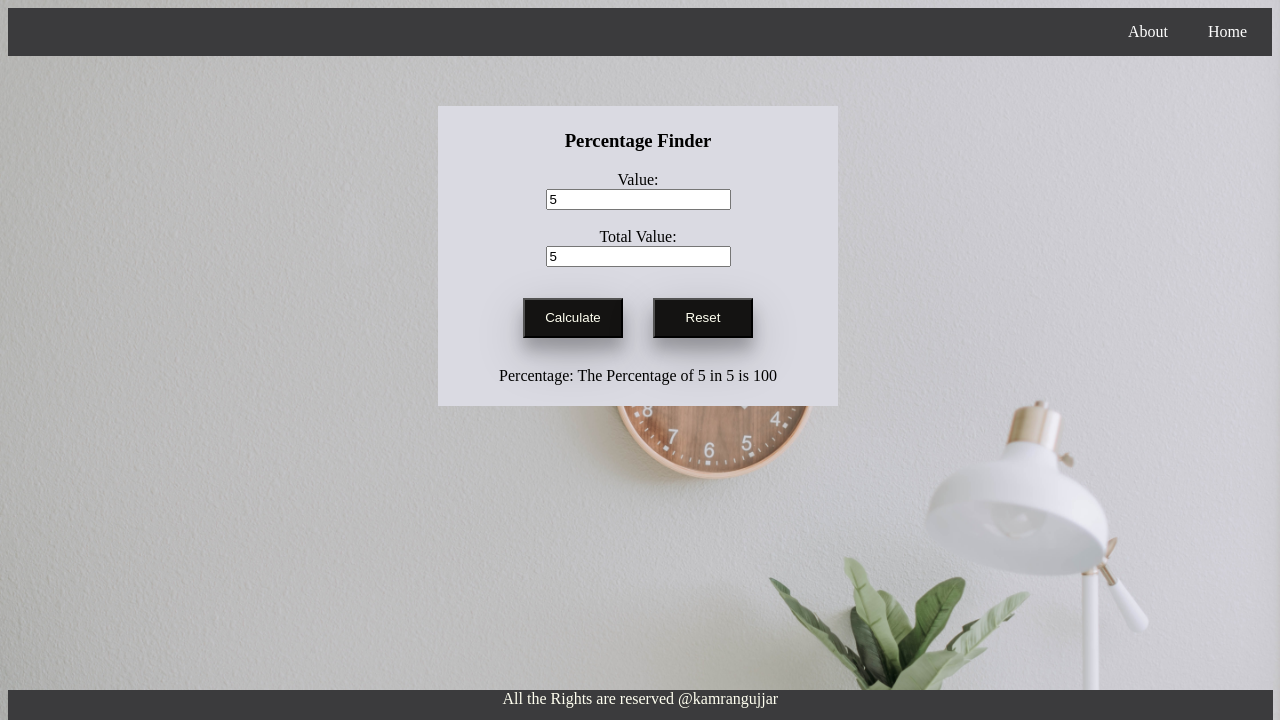
Repository: Kamrangujjar85112/Length-Converter
Page: html/percentage.html
These files come from the project's save history. The page is drawn as it stood at one moment and after the next save; the edit follows.
The browser window is 1280 px wide. The pictures show the whole page.
Empty fields were first filled with sample values (such as "Sample", 5 or name@example.com).
After loading, the first visible `#convert` was clicked once.

Above is the page before, as saved 2022-01-21 22:54:06.

After the next save:
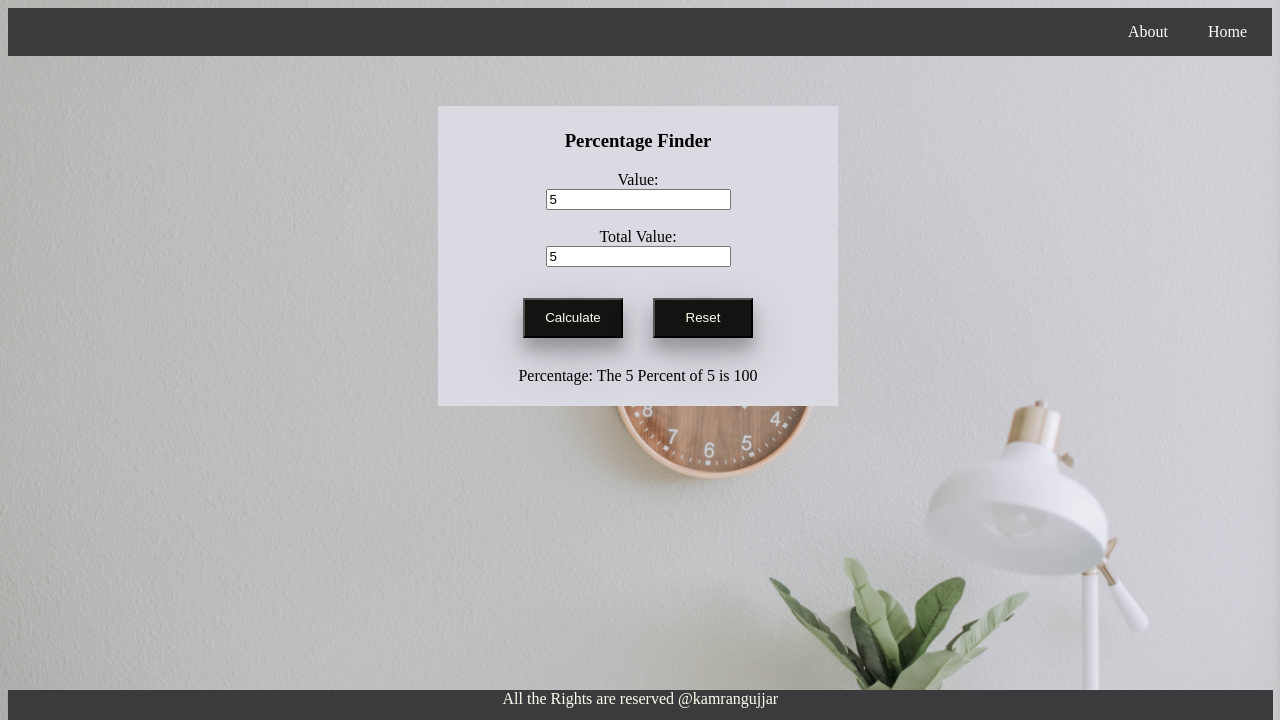
Saved 83 s later.
--- a/js/converter.js
+++ b/js/converter.js
@@ -9,8 +9,6 @@ const inputSValue = document.getElementById('secondValue');
 const p = document.getElementById('percent');
 const convert = document.getElementById('convert');
 const reset = document.getElementById('reset');
-
-
 
 // // Converter
 // centimeters To kilometers
@@ -50,7 +48,7 @@ if(inputFValue?.value || inputSValue?.value){
     const fValue = inputFValue?.value;
     const sValue = inputSValue?.value;
     const p = fValue * 100 / sValue;
-    document.getElementById('percent').innerHTML = 'The Percentage of ' + fValue +' in ' +sValue + ' is ' + p ;
+    document.getElementById('percent').innerHTML = 'The ' + fValue +' Percent of ' +sValue + ' is ' + p ;
 }
 });
 
